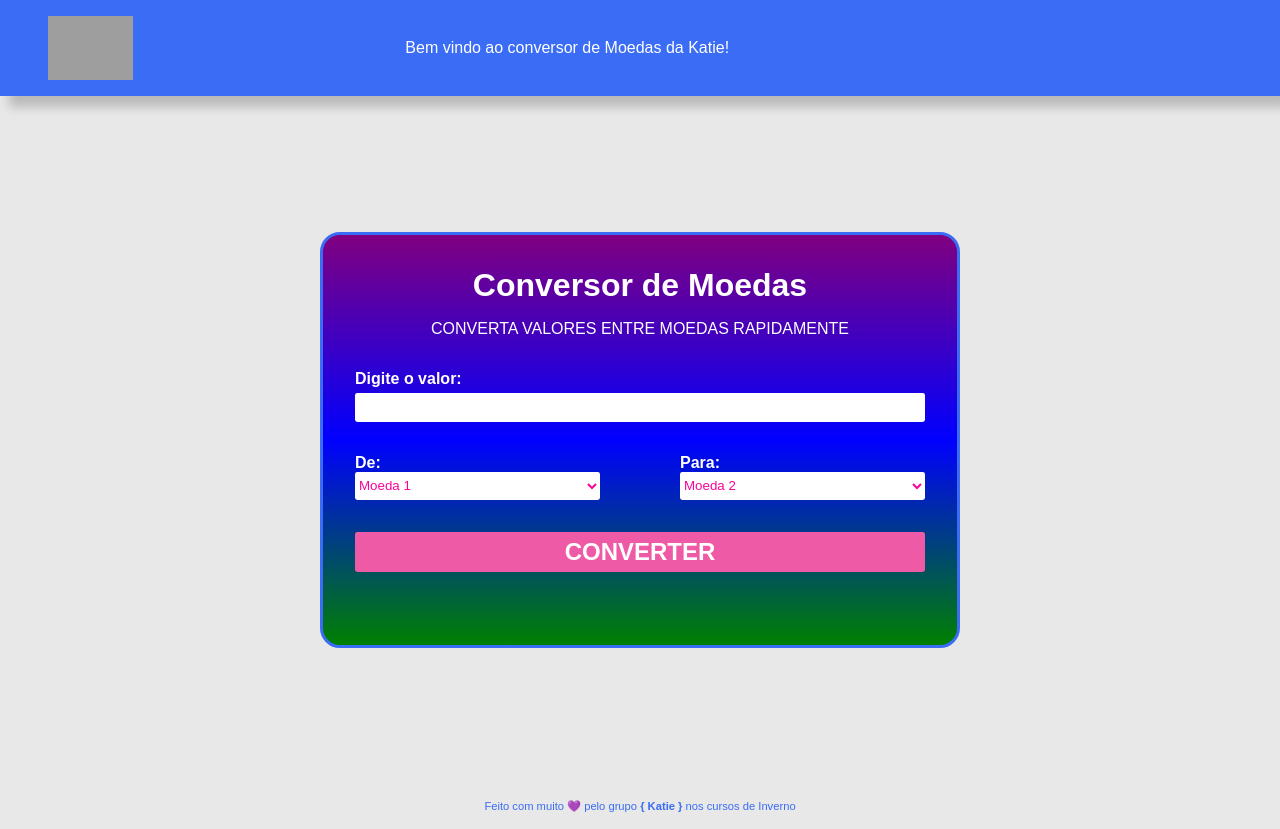
Repository: willamesalmeida/Conversor-de-Moedas
Page: index.html
These files come from the project's save history. The page is drawn as it stood at one moment and after the next save; the edit follows.
The browser window is 1280 px wide. The pictures show the whole page.
Pictures or frames that could not be fetched are drawn as grey boxes.

Above is the page before, as saved 2022-08-07 14:51:57.

After the next save:
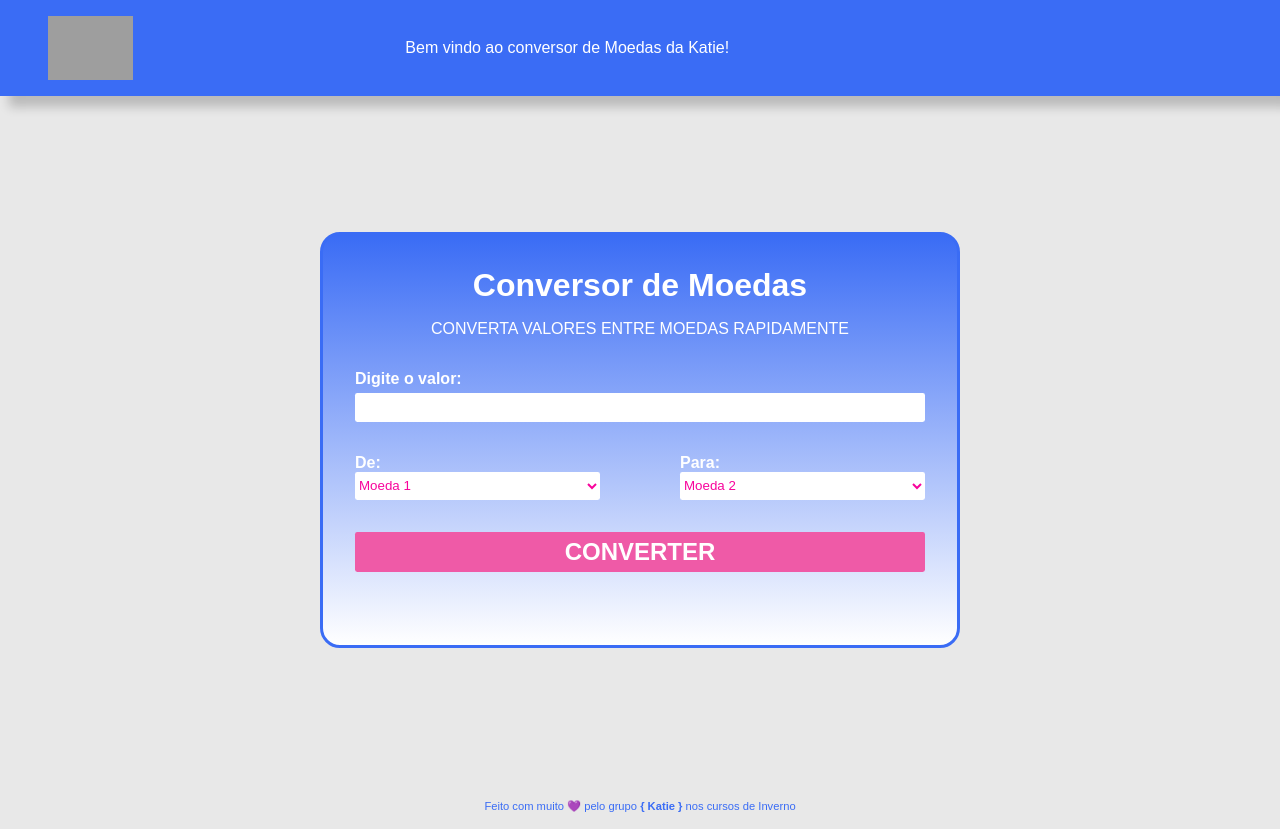
Saved 51 s later.
--- a/styles.css
+++ b/styles.css
@@ -23,7 +23,7 @@
 }
 
 .card {
-  background: linear-gradient(purple, blue, green); ;
+  background: linear-gradient(var(--blue), var(--branco)); ;
   /* background: var(--red); */
   width: 40rem;
   height: 26rem;
